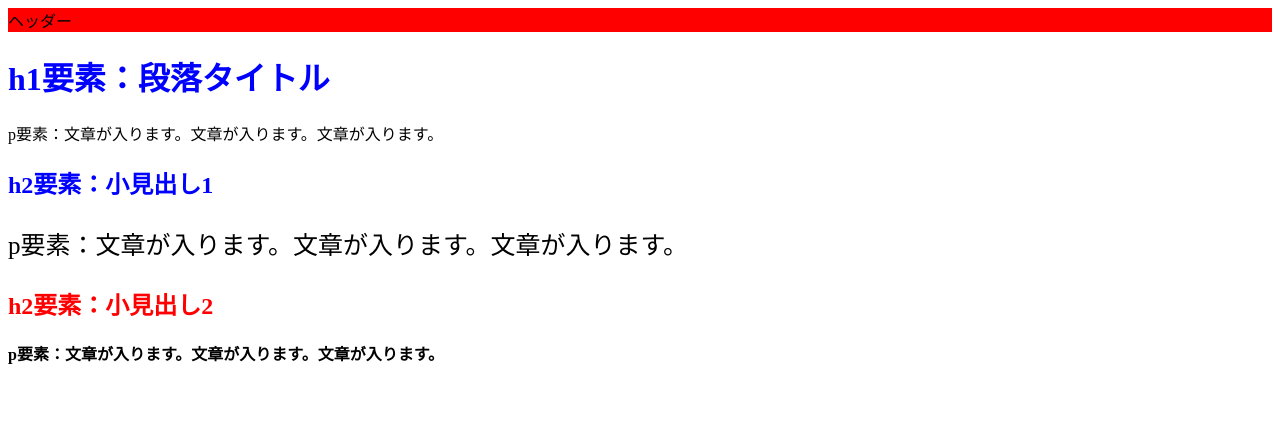
Repository: royal3773/samurai_HTML-CSS
Page: index.html
The author's editor kept a record of every edit. The page is drawn from the files as they stood at one moment, then again after the next edit.
The browser window is 1280 px wide. The pictures show the whole page.

Above is the page before.

### index.html
<!DOCTYPE html>
<html lang="ja">
  <head>
    <meta charset="UTF-8">
    <title>HTML/CSSの学習</title>
    <link rel="stylesheet" href="stylesheet.css">
    <style>
      header{
        background-color: red;
      }
      footer {
        background-color: blue;
      }
    </style>
  </head>
  <body>
    <header>ヘッダー</header>

    <h1 class="blue">h1要素：段落タイトル</h1>
    <p>p要素：文章が入ります。文章が入ります。文章が入ります。</p>
    <h2 class="blue">h2要素：小見出し1</h2>
    <p class="fs-25">
      p要素：文章が入ります。文章が入ります。文章が入ります。
    </p>
    <h2 id="red">h2要素：小見出し2</h2>
    <p class="fw-bold">
      p要素：文章が入ります。文章が入ります。文章が入ります。
    </p>
  </body>
 </html>

### stylesheet.css
@charset"utf-8";

#red {
  color: red;
}
.blue {
  color: blue;
}
.fs-25 {
  font-size: 25px;
}
.fw-bold {
  font-weight: bold;
}

After the next edit:
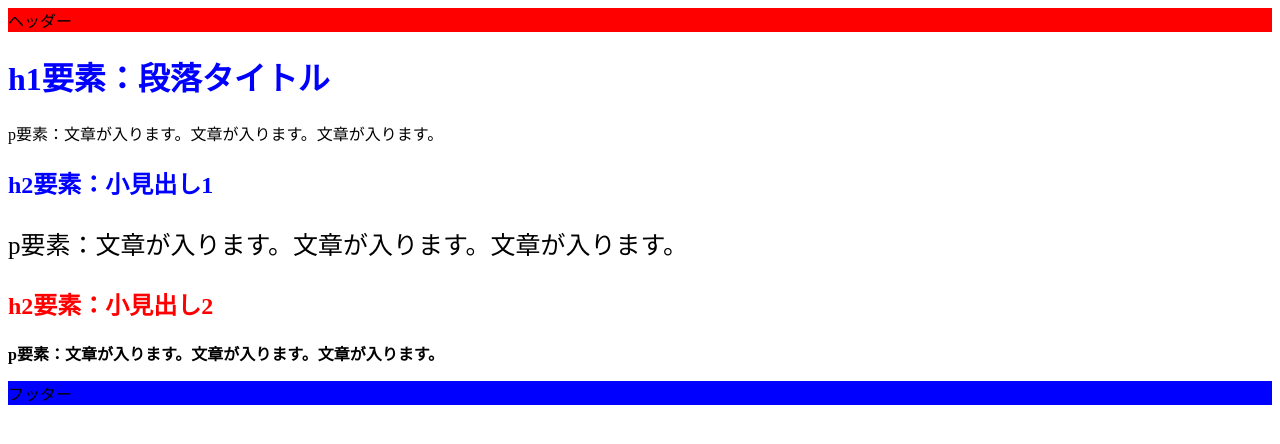
The edit:
--- a/index.html
+++ b/index.html
@@ -26,5 +26,6 @@
     <p class="fw-bold">
       p要素：文章が入ります。文章が入ります。文章が入ります。
     </p>
+    <footer>フッター</footer>
   </body>
  </html>
